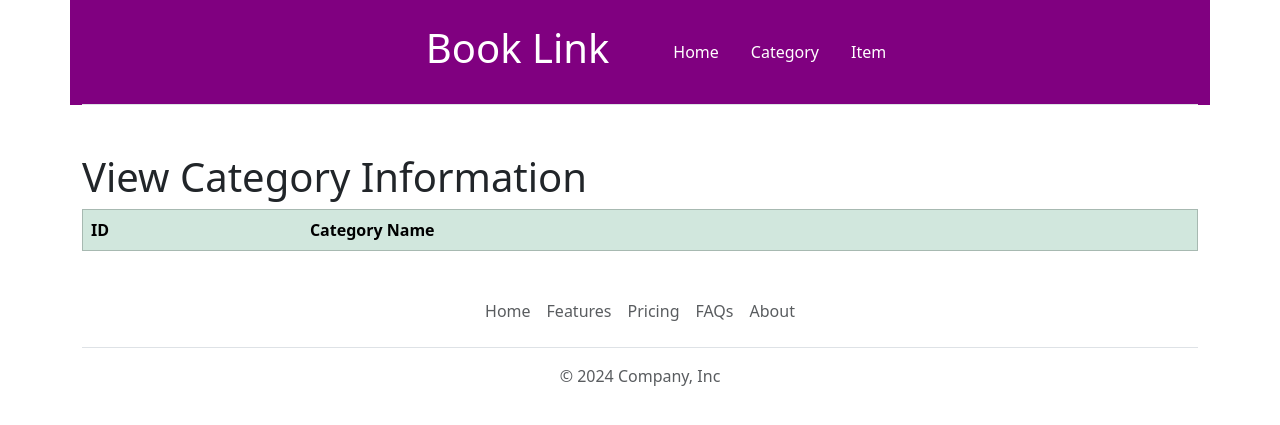
Repository: nyeinsu4520/coursera-test
Page: http://localhost/view_Categories
An editor plug-in stored every save of this project. The page is shown before and after the next save, followed by the edit.
The browser window is 1280 px wide. The pictures show the whole page.
Some web fonts or font styles are not loaded; a fallback is used. The page is this project's Thymeleaf template; nobody is signed in. The template is opened directly, without the code that normally fills it, so the values that code supplies are empty.

Above is the page before, as saved 2024-05-28 07:03:06.

### BookLink/src/main/resources/templates/view_Categories.html
<!DOCTYPE html>
<html xmlns="www.thumeleaf.org">
<head>
<meta charset="ISO-8859-1">
<title>Category Page</title>
<link rel="stylesheet"  href="/bootstrap/css/bootstrap.min.css">
<script src="/bootstrap/js/bootstrap.bundle.js" type="text/javascript"> </script>

<style>
.navbar-purple {
    background-color: purple;
}

.navbar-purple .nav-link {
    color: white !important;
}
</style>

</head>
<body>

<div th:replace="fragment/header"></div>

	<div class="container mt-5">
	<h1>View Category Information</h1>
	<table class="table table-success " border="1">
		<tr>
		<th>ID</th>
		<th>Category Name</th>
		</tr>
		<tr th:each="category:${categoryList}">

			<td th:text="${category.id}"></td>
			<td th:text="${category.name}"></td>
		</tr>
	</table>
	</div>

	<div th:replace="fragment/footer"></div>
</body>
</html>

### BookLink/src/main/resources/templates/fragment/header.html
<!DOCTYPE html>
<html>
<head>
<meta charset="ISO-8859-1">
<title>Insert title here</title>

<link rel="stylesheet" href="/bootstrap/css/bootstrap.min.css">
<script type="text/javascript" src="../static/bootstrap/js/bootstrap.bundle.min.js"></script>
<link rel="preconnect" href="https://fonts.googleapis.com">
<link rel="preconnect" href="https://fonts.gstatic.com" crossorigin>
<link href="https://fonts.googleapis.com/css2?family=Jersey+20&family=Jersey+25&family=Josefin+Sans:ital,wght@0,100..700;1,100..700&family=Noto+Sans+Myanmar:wght@100;200;300;400;500;600;700;800;900&family=Nunito+Sans:ital,opsz,wght@0,6..12,200..1000;1,6..12,200..1000&family=Padauk:wght@400;700&family=Platypi:ital,wght@0,300..800;1,300..800&family=Poppins:ital,wght@0,100;0,200;0,300;0,400;0,500;0,600;0,700;0,800;0,900;1,100;1,200;1,300;1,400;1,500;1,600;1,700;1,800;1,900&family=Roboto:ital,wght@0,100;0,300;0,400;0,500;0,700;0,900;1,100;1,300;1,400;1,500;1,700;1,900&display=swap" rel="stylesheet">
<style>
.navbar-purple {
    background-color: purple;
}

.navbar-purple .nav-link {
    color: white !important;
}
</style>


</head>
<body>
<div class="container  navbar-purple">
    <header class="d-flex flex-wrap justify-content-center py-3 mb-4 border-bottom">
    <nav class="navbar">
     <h1 class="px-5 text-white">Book Link</h1>
      <ul class="nav nav-pills purple-nav-link">
        <li class="nav-item"><a href="/" class="nav-link " aria-current="page">Home</a></li>
        <li class="nav-item"><a href="/categories" class="nav-link">Category</a></li>
        <li class="nav-item"><a href="/view" class="nav-link">Item</a></li>
      </ul>
     </nav>
    </header>
  </div>
</body>
</html>

### BookLink/src/main/resources/templates/fragment/footer.html
<!DOCTYPE html>
<html>
<head>
<meta charset="ISO-8859-1">
<title>Insert title here</title>

<link rel="stylesheet" href="/bootstrap/css/bootstrap.min.css">
<script type="text/javascript" src="../static/bootstrap/js/bootstrap.bundle.min.js"></script>
<link rel="preconnect" href="https://fonts.googleapis.com">
<link rel="preconnect" href="https://fonts.gstatic.com" crossorigin>
<link href="https://fonts.googleapis.com/css2?family=Jersey+20&family=Jersey+25&family=Josefin+Sans:ital,wght@0,100..700;1,100..700&family=Noto+Sans+Myanmar:wght@100;200;300;400;500;600;700;800;900&family=Nunito+Sans:ital,opsz,wght@0,6..12,200..1000;1,6..12,200..1000&family=Padauk:wght@400;700&family=Platypi:ital,wght@0,300..800;1,300..800&family=Poppins:ital,wght@0,100;0,200;0,300;0,400;0,500;0,600;0,700;0,800;0,900;1,100;1,200;1,300;1,400;1,500;1,600;1,700;1,800;1,900&family=Roboto:ital,wght@0,100;0,300;0,400;0,500;0,700;0,900;1,100;1,300;1,400;1,500;1,700;1,900&display=swap" rel="stylesheet">

</head>
<body>


<div class="container">
  <footer class="py-3 my-4">
    <ul class="nav justify-content-center border-bottom pb-3 mb-3">
      <li class="nav-item"><a href="#" class="nav-link px-2 text-body-secondary">Home</a></li>
      <li class="nav-item"><a href="#" class="nav-link px-2 text-body-secondary">Features</a></li>
      <li class="nav-item"><a href="#" class="nav-link px-2 text-body-secondary">Pricing</a></li>
      <li class="nav-item"><a href="#" class="nav-link px-2 text-body-secondary">FAQs</a></li>
      <li class="nav-item"><a href="#" class="nav-link px-2 text-body-secondary">About</a></li>
    </ul>
    <p class="text-center text-body-secondary">&copy; 2024 Company, Inc</p>
  </footer>
</div>
</body>
</html>

Loaded but not shown: BookLink/src/main/resources/static/bootstrap/css/bootstrap.min.css (library); BookLink/src/main/resources/static/bootstrap/js/bootstrap.bundle.js (library); BookLink/src/main/resources/static/bootstrap/js/bootstrap.bundle.min.js (library)

After the next save:
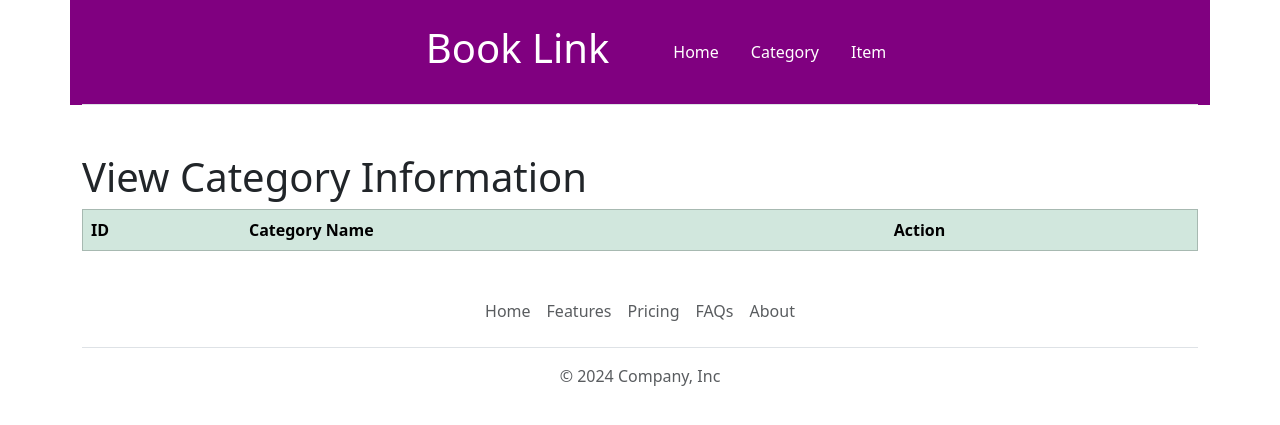
Saved 25 s later.
--- a/BookLink/src/main/resources/templates/view_Categories.html
+++ b/BookLink/src/main/resources/templates/view_Categories.html
@@ -27,11 +27,13 @@
 		<tr>
 		<th>ID</th>
 		<th>Category Name</th>
+		<th>Action</th>
 		</tr>
 		<tr th:each="category:${categoryList}">
 
 			<td th:text="${category.id}"></td>
 			<td th:text="${category.name}"></td>
+			<td><a href="">Edit</a></td>
 		</tr>
 	</table>
 	</div>
